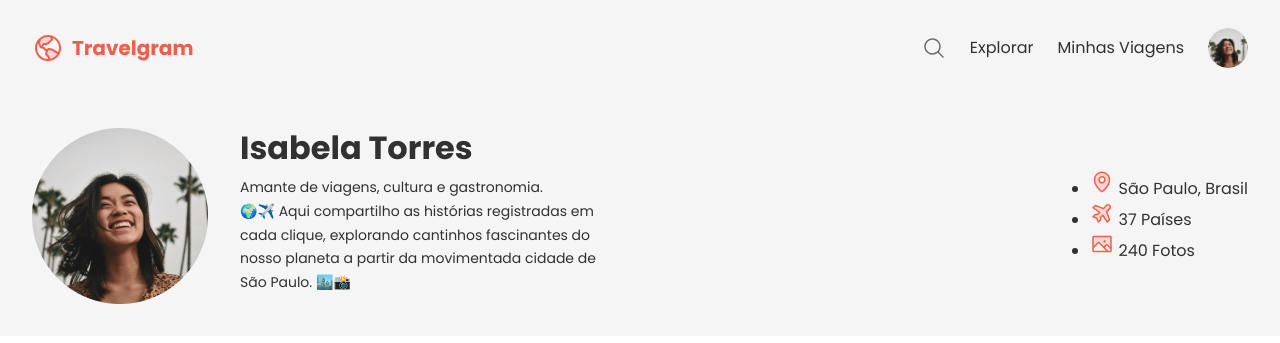
Repository: AbiezerSidonioJoseOdanacaJunior/projeto-travelgram
Page: index.html
The author's editor kept a copy of each file at every save. The page is drawn from the files as they stood at one save, then again after the next save.
The browser window is 1280 px wide. The pictures show the whole page.
Some web fonts or font styles are not loaded; a fallback is used.

Above is the page before, as saved 2024-11-12 18:05:16.

After the next save:
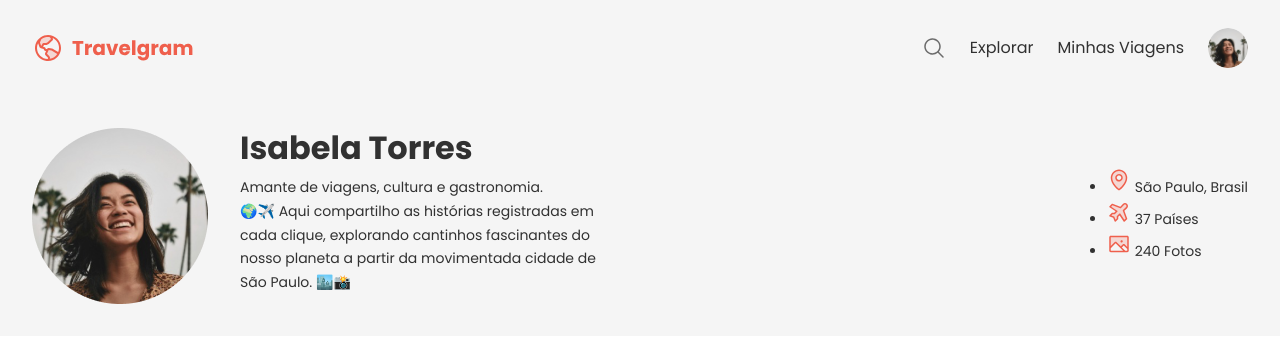
Saved 8 min 20 s later.
--- a/styles/header.css
+++ b/styles/header.css
@@ -6,6 +6,7 @@
     display: flex;
     justify-content: space-between;
     align-items: center;
+    font: var(--text-md);
 }
 
 #profile {
@@ -23,10 +24,6 @@
    margin-bottom: 8px;
 }
 
-#profile p {
-    font: var(--text-md);
-}
-
 .info {
    list-style: none;
    display: flex;
